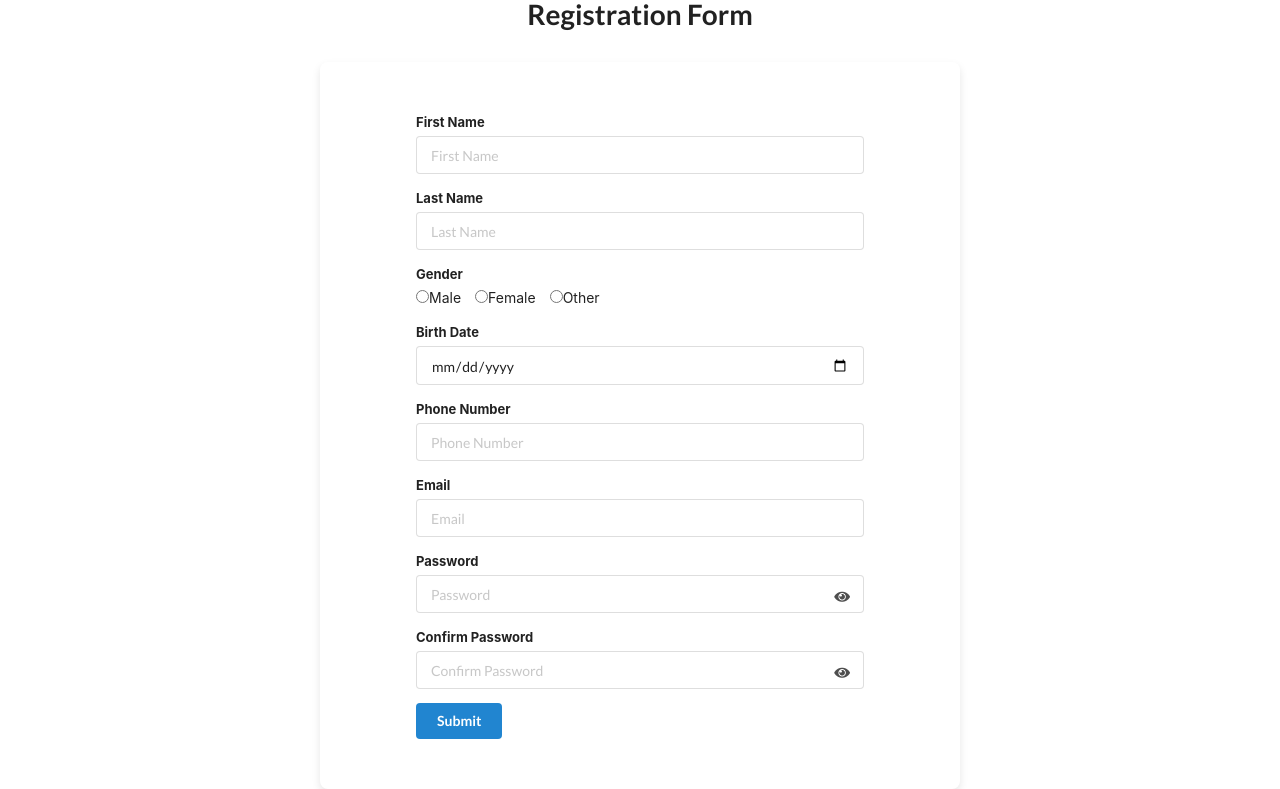
Repository: Wahid137/registration-form
Page: /
These files come from the project's save history. The page is drawn as it stood at one moment and after the next save; the edit follows.
The browser window is 1280 px wide. The pictures show the whole page.
The project was rebuilt for these pictures with package versions that can differ from the ones it lists, and the page was loaded fresh each time. Also part of the build but not shown: src/App.css.

Above is the page before, as saved 2024-05-01 14:17:35.

### src/index.js
import React from 'react';
import ReactDOM from 'react-dom/client';
import 'semantic-ui-css/semantic.min.css';
import App from './App';
import './index.css';
import reportWebVitals from './reportWebVitals';

const root = ReactDOM.createRoot(document.getElementById('root'));
root.render(
  <React.StrictMode>
    <App />
  </React.StrictMode>
);

// If you want to start measuring performance in your app, pass a function
// to log results (for example: reportWebVitals(console.log))
// or send to an analytics endpoint. Learn more: https://bit.ly/CRA-vitals
reportWebVitals();

### src/App.js
import { Header } from 'semantic-ui-react';
import './App.css';
import Register from './components/Register';

function App() {
  return (
    <div className="App">
      <Header as='h1' textAlign='center'>
        Registration Form
      </Header>
      <Register />
    </div>
  );
}

export default App;

### src/components/Register.js
import Joi from "joi";
import moment from "moment";
import React, { useState } from "react";
import { useForm } from "react-hook-form";
import { Button, Container, Form, FormField, Icon } from "semantic-ui-react";

const Register = () => {
    const [showPassword, setShowPassword] = useState(false); // State to toggle password visibility
    const [showConfirmPassword, setShowConfirmPassword] = useState(false); // State to toggle confirm password visibility
    const togglePasswordVisibility = () => setShowPassword(!showPassword);
    const toggleConfirmPasswordVisibility = () => setShowConfirmPassword(!showConfirmPassword);

    // Initialize React Hook Form
    const { register, handleSubmit, formState: { errors }, reset, watch } = useForm();
    const password = watch("password", "");

    // State to hold errors
    const [formErrors, setFormErrors] = useState({});

    // Calculate the minimum birth date (18 years ago from today)
    const minBirthDate = moment().subtract(18, "years").format("YYYY-MM-DD");
    const nameRegex = /^[A-Za-z\s]+$/;
    const phoneRegex = /^[0-9]{10}$/;
    const passwordRegex = /^(?=.*[a-z])(?=.*[A-Z])(?=.*\d)[a-zA-Z\d]{3,30}$/;

    // Joi schema for validation
    const schema = Joi.object({
        firstName: Joi.string().min(2).max(20).pattern(nameRegex).required().messages({
            "string.base": "First name must be a string",
            "string.empty": "Please enter your first name",
            "string.min": "First name must have at least {#limit} characters",
            "string.max": "First name cannot exceed {#limit} characters",
            "string.pattern.base": "First name must contain only alphabets and spaces",
            "any.required": "First name is required",
        }),
        lastName: Joi.string().min(2).max(20).pattern(nameRegex).required().messages({
            "string.base": "Last name must be a string",
            "string.empty": "Please enter your last name",
            "string.min": "Last name must have at least {#limit} characters",
            "string.max": "Last name cannot exceed {#limit} characters",
            "string.pattern.base": "Last name must contain only alphabets and spaces",
            "any.required": "Last name is required",
        }),
        gender: Joi.string().valid('male', 'female', 'other').required().messages({
            "any.required": "Gender is required",
            "any.only": "Please select a valid gender",
        }),
        birthDate: Joi.date()
            .max(minBirthDate) // Set the maximum allowed birth date
            .required()
            .messages({
                "date.base": "Please enter a valid date",
                "date.max": "You must be at least 18 years old",
                "any.required": "Birth date is required",
            }),
        phoneNumber: Joi.string().pattern(phoneRegex).required().messages({
            "string.base": "Phone number must be a string",
            "string.empty": "Please enter your phone number",
            "string.pattern.base": "Phone number must be exactly 10 digits",
            "any.required": "Phone number is required",
        }),
        email: Joi.string().email({ tlds: { allow: false } }).required().messages({
            "string.base": "Email must be a string",
            "string.empty": "Please enter your email",
            "string.email": "Please enter a valid email address",
            "any.required": "Email is required",
        }),
        password: Joi.string().pattern(passwordRegex).required().messages({
            "string.base": "Password must be a string",
            "string.empty": "Please enter your password",
            "string.pattern.base": "Password must be 3 to 30 characters long and contain at least one lowercase letter, one uppercase letter, and one digit",
            "any.required": "Password is required",
        }),
        confirmPassword: Joi.string().valid(password).required().messages({
            "any.required": "Confirm password is required",
            "any.only": "Passwords do not match",

        }),
    });

    const getPasswordErrorMessage = (value) => {
        if (value.length < 3 || value.length > 30) {
            return "Password must be 3 to 30 characters long";
        }
        if (!/[a-z]/.test(value)) {
            return "Password must contain at least one lowercase letter";
        }
        if (!/[A-Z]/.test(value)) {
            return "Password must contain at least one uppercase letter";
        }
        if (!/[0-9]/.test(value)) {
            return "Password must contain at least one digit";
        }
        return "";
    };

    const onSubmit = (data) => {
        // Validate using Joi schema
        const { error } = schema.validate(data, { abortEarly: false });
        if (error) {
            const errorMessage = {};
            error.details.forEach((detail) => {
                errorMessage[detail.path[0]] = detail.message;
            });
            // Additional password validation based on input
            if (data.password) {
                errorMessage.password = getPasswordErrorMessage(data.password);
            }
            setFormErrors(errorMessage); // Set errors in component state
            return; // Exit early if there are errors
        }
        console.log(data);
        reset(); // Reset the form after successful submission
        setFormErrors({}); // Clear all errors after successful submission
    };

    return (
        <Container
            style={{
                marginTop: "30px",
                display: "flex",
                width: "50%",
                justifyContent: "center",
                paddingTop: "50px",
                paddingBottom: "50px",
                boxShadow: "0 4px 8px rgba(0,0,0,0.1)", // Add shadow effect
                borderRadius: "8px", // Add border radius for rounded corners
            }}
        >
            <Form style={{ width: "70%" }} onSubmit={handleSubmit(onSubmit)}>
                <div style={{ marginBottom: "1rem" }}>
                    <FormField error={formErrors.firstName !== undefined}>
                        <label>First Name</label>
                        <input
                            placeholder="First Name"
                            {...register("firstName")}
                            className={formErrors.firstName ? "error" : ""}
                        />
                        {formErrors.firstName && (
                            <div className="ui pointing red basic label">
                                {formErrors.firstName}
                            </div>
                        )}
                    </FormField>
                </div>
                <div style={{ marginBottom: "1rem" }}>
                    <FormField error={formErrors.lastName !== undefined}>
                        <label>Last Name</label>
                        <input
                            placeholder="Last Name"
                            {...register("lastName")}
                            className={formErrors.lastName ? "error" : ""}
                        />
                        {formErrors.lastName && (
                            <div className="ui pointing red basic label">
                                {formErrors.lastName}
                            </div>
                        )}
                    </FormField>
                </div>
                <div style={{ marginBottom: "1rem" }}>
                    <FormField>
                        <label>Gender</label>
                        <div style={{ display: "flex", flexDirection: "row" }}>
                            <div style={{ marginRight: "1rem" }}>
                                <input type="radio" id="male" {...register("gender")} value="male" />
                                <label htmlFor="male">Male</label>
                            </div>
                            <div style={{ marginRight: "1rem" }}>
                                <input type="radio" id="female" {...register("gender")} value="female" />
                                <label htmlFor="female">Female</label>
                            </div>
                            <div>
                                <input type="radio" id="other" {...register("gender")} value="other" />
                                <label htmlFor="other">Other</label>
                            </div>
                        </div>
                        {formErrors.gender && (
                            <div className="ui pointing red basic label">
                                {formErrors.gender}
                            </div>
                        )}
                    </FormField>
                </div>
                <div style={{ marginBottom: "1rem" }}>
                    <FormField error={formErrors.birthDate !== undefined}>
                        <label>Birth Date</label>
                        <input
                            type="date"
                            name="birthDate"
                            {...register("birthDate")}
                            className={formErrors.birthDate ? "error" : ""}
                        />
                        {formErrors.birthDate && (
                            <div className="ui pointing red basic label">
                                {formErrors.birthDate}
                            </div>
                        )}
                    </FormField>
                </div>
                <div style={{ marginBottom: "1rem" }}>
                    <FormField error={formErrors.phoneNumber !== undefined}>
                        <label>Phone Number</label>
                        <input
                            placeholder="Phone Number"
                            {...register("phoneNumber")}
                            className={formErrors.phoneNumber ? "error" : ""}
                        />
                        {formErrors.phoneNumber && (
                            <div className="ui pointing red basic label">
                                {formErrors.phoneNumber}
                            </div>
                        )}
                    </FormField>
                </div>

                <div style={{ marginBottom: "1rem" }}>
                    <FormField error={formErrors.email !== undefined}>
                        <label>Email</label>
                        <input
                            placeholder="Email"
                            {...register("email")}
                            className={formErrors.email ? "error" : ""}
                        />
                        {formErrors.email && (
                            <div className="ui pointing red basic label">
                                {formErrors.email}
                            </div>
                        )}
                    </FormField>
                </div>
                <div style={{ marginBottom: "1rem" }}>
                    <FormField error={formErrors.password !== undefined}>
                        <label>Password</label>
                        <div className="ui input">
                            <input
                                type={showPassword ? "text" : "password"}
                                placeholder="Password"
                                {...register("password")}
                                className={formErrors.password ? "error" : ""}
                            />
                            <Icon
                                name={showPassword ? "eye slash" : "eye"}
                                link
                                onClick={togglePasswordVisibility}
                                style={{ cursor: "pointer", position: "absolute", right: "10px", top: "50%", transform: "translateY(-50%)" }}
                            />
                        </div>
                        {formErrors.password && (
                            <div className="ui pointing red basic label">
                                {formErrors.password}
                            </div>
                        )}
                    </FormField>
                </div>
                <div style={{ marginBottom: "1rem" }}>
                    <FormField error={formErrors.confirmPassword !== undefined}>
                        <label>Confirm Password</label>
                        <div className="ui input">
                            <input
                                type={showConfirmPassword ? "text" : "password"}
                                placeholder="Confirm Password"
                                {...register("confirmPassword")}
                                className={formErrors.confirmPassword ? "error" : ""}
                            />
                            <Icon
                                name={showConfirmPassword ? "eye slash" : "eye"}
                                link
                                onClick={toggleConfirmPasswordVisibility}
                                style={{ cursor: "pointer", position: "absolute", right: "10px", top: "50%", transform: "translateY(-50%)" }}
                            />
                        </div>
                        {formErrors.confirmPassword && (
                            <div className="ui pointing red basic label">
                                {formErrors.confirmPassword}
                            </div>
                        )}
                    </FormField>
                </div>
                <Button type="submit" color="blue">
                    Submit
                </Button>
            </Form>
        </Container>
    );
};

export default Register;

Loaded but not shown: public/index.html (common file); src/index.css (common file); src/reportWebVitals.js (common file)

After the next save:
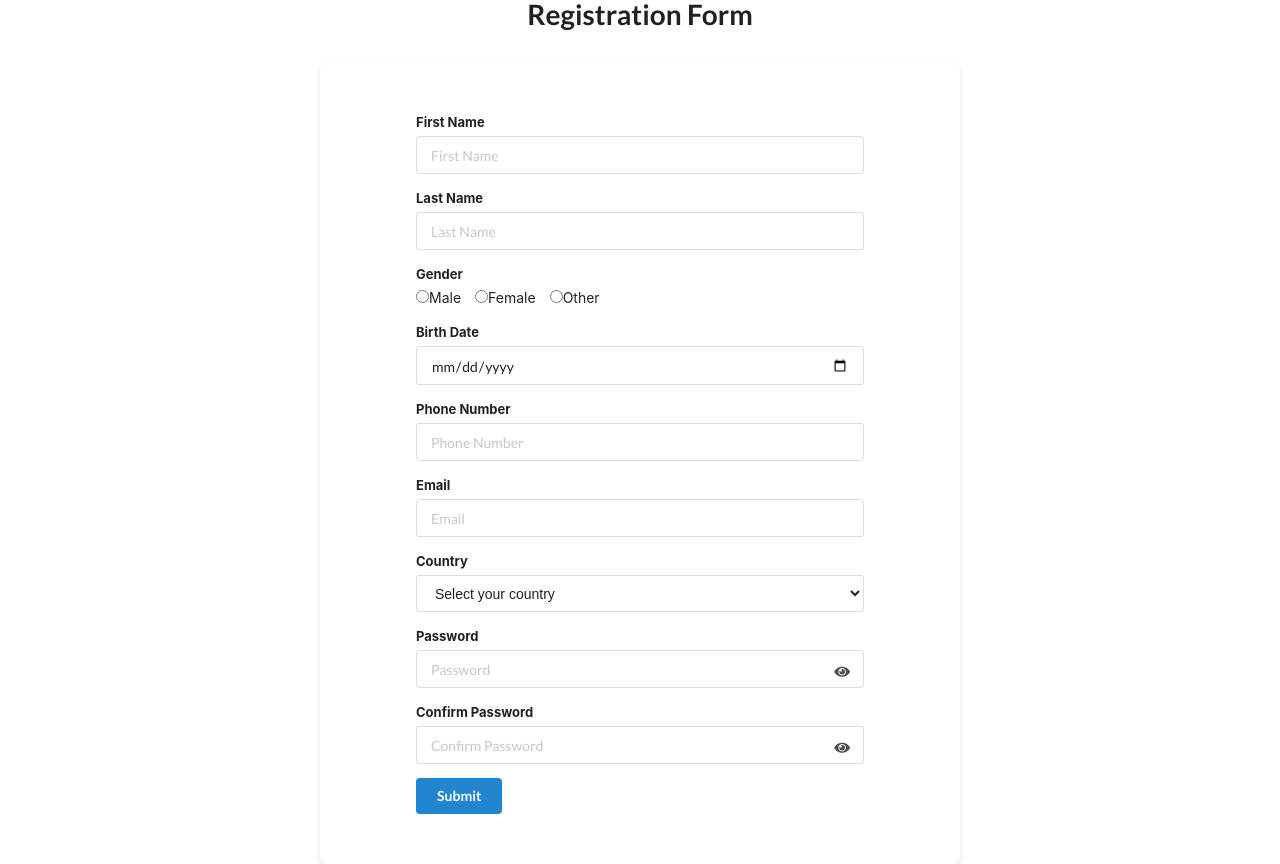
Saved 4 min 45 s later.
--- a/src/components/Register.js
+++ b/src/components/Register.js
@@ -5,25 +5,21 @@ import { useForm } from "react-hook-form";
 import { Button, Container, Form, FormField, Icon } from "semantic-ui-react";
 
 const Register = () => {
-    const [showPassword, setShowPassword] = useState(false); // State to toggle password visibility
-    const [showConfirmPassword, setShowConfirmPassword] = useState(false); // State to toggle confirm password visibility
+    const [showPassword, setShowPassword] = useState(false);
+    const [showConfirmPassword, setShowConfirmPassword] = useState(false);
     const togglePasswordVisibility = () => setShowPassword(!showPassword);
     const toggleConfirmPasswordVisibility = () => setShowConfirmPassword(!showConfirmPassword);
 
-    // Initialize React Hook Form
     const { register, handleSubmit, formState: { errors }, reset, watch } = useForm();
     const password = watch("password", "");
 
-    // State to hold errors
     const [formErrors, setFormErrors] = useState({});
 
-    // Calculate the minimum birth date (18 years ago from today)
     const minBirthDate = moment().subtract(18, "years").format("YYYY-MM-DD");
     const nameRegex = /^[A-Za-z\s]+$/;
     const phoneRegex = /^[0-9]{10}$/;
     const passwordRegex = /^(?=.*[a-z])(?=.*[A-Z])(?=.*\d)[a-zA-Z\d]{3,30}$/;
 
-    // Joi schema for validation
     const schema = Joi.object({
         firstName: Joi.string().min(2).max(20).pattern(nameRegex).required().messages({
             "string.base": "First name must be a string",
@@ -46,7 +42,7 @@ const Register = () => {
             "any.only": "Please select a valid gender",
         }),
         birthDate: Joi.date()
-            .max(minBirthDate) // Set the maximum allowed birth date
+            .max(minBirthDate)
             .required()
             .messages({
                 "date.base": "Please enter a valid date",
@@ -74,7 +70,9 @@ const Register = () => {
         confirmPassword: Joi.string().valid(password).required().messages({
             "any.required": "Confirm password is required",
             "any.only": "Passwords do not match",
-
+        }),
+        country: Joi.string().required().messages({
+            "any.required": "Please select a country",
         }),
     });
 
@@ -95,23 +93,21 @@ const Register = () => {
     };
 
     const onSubmit = (data) => {
-        // Validate using Joi schema
         const { error } = schema.validate(data, { abortEarly: false });
         if (error) {
             const errorMessage = {};
             error.details.forEach((detail) => {
                 errorMessage[detail.path[0]] = detail.message;
             });
-            // Additional password validation based on input
             if (data.password) {
                 errorMessage.password = getPasswordErrorMessage(data.password);
             }
-            setFormErrors(errorMessage); // Set errors in component state
-            return; // Exit early if there are errors
+            setFormErrors(errorMessage);
+            return;
         }
         console.log(data);
-        reset(); // Reset the form after successful submission
-        setFormErrors({}); // Clear all errors after successful submission
+        reset();
+        setFormErrors({});
     };
 
     return (
@@ -123,8 +119,8 @@ const Register = () => {
                 justifyContent: "center",
                 paddingTop: "50px",
                 paddingBottom: "50px",
-                boxShadow: "0 4px 8px rgba(0,0,0,0.1)", // Add shadow effect
-                borderRadius: "8px", // Add border radius for rounded corners
+                boxShadow: "0 4px 8px rgba(0,0,0,0.1)",
+                borderRadius: "8px",
             }}
         >
             <Form style={{ width: "70%" }} onSubmit={handleSubmit(onSubmit)}>
@@ -213,7 +209,6 @@ const Register = () => {
                         )}
                     </FormField>
                 </div>
-
                 <div style={{ marginBottom: "1rem" }}>
                     <FormField error={formErrors.email !== undefined}>
                         <label>Email</label>
@@ -225,6 +220,23 @@ const Register = () => {
                         {formErrors.email && (
                             <div className="ui pointing red basic label">
                                 {formErrors.email}
+                            </div>
+                        )}
+                    </FormField>
+                </div>
+                <div style={{ marginBottom: "1rem" }}>
+                    <FormField error={formErrors.country !== undefined}>
+                        <label>Country</label>
+                        <select {...register("country")} className={formErrors.country ? "error" : ""}>
+                            <option value="">Select your country</option>
+                            <option value="USA">United States</option>
+                            <option value="UK">United Kingdom</option>
+                            <option value="Canada">Canada</option>
+                            {/* Add more options as needed */}
+                        </select>
+                        {formErrors.country && (
+                            <div className="ui pointing red basic label">
+                                {formErrors.country}
                             </div>
                         )}
                     </FormField>
